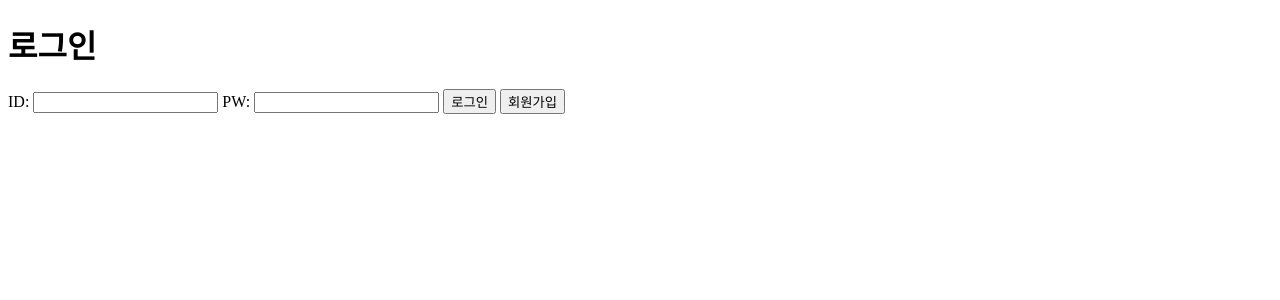
Repository: euniiee/test11
Page: http://localhost/Project/Login.jsp
The author's editor kept a copy of each file at every save. The page is drawn from the files as they stood at one save, then again after the next save.
The browser window is 1280 px wide. The pictures show the whole page.
The page is served by Tomcat 9. Other server files are loaded and not shown.

Above is the page before, as saved 2023-02-01 01:01:55.

### Project/WebContent/Login.jsp
<%@ page language="java" contentType="text/html; charset=UTF-8"
    pageEncoding="UTF-8"%>
<!DOCTYPE html>
<html>
<head>
<meta charset="UTF-8">
<title>Insert title here</title>
<script src="https://code.jquery.com/jquery-3.6.3.js" integrity="sha256-nQLuAZGRRcILA+6dMBOvcRh5Pe310sBpanc6+QBmyVM=" crossorigin="anonymous"></script>
<style>

</style>
</head>
<body>
	<h1>로그인</h1>
	ID: <input type="text" class="id" name="id">
	PW: <input type="password" class="pw" name="pw">
	<input type="button" value="로그인">
	<input type="button" value="회원가입">
</body>
</html>

After the next save:
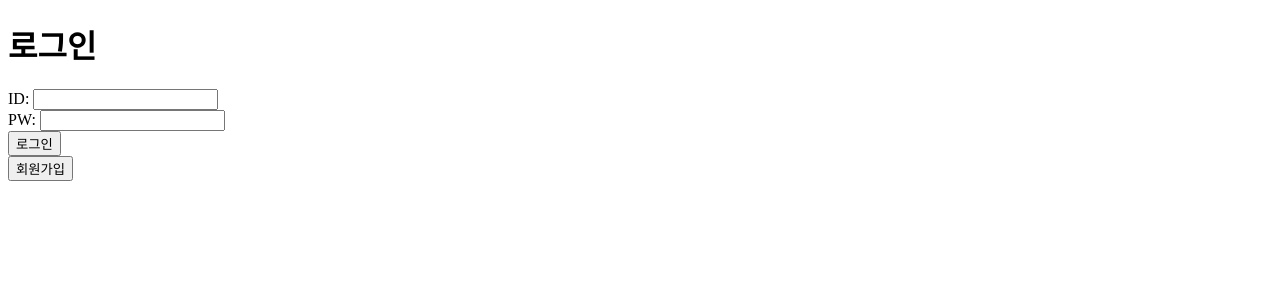
Saved 26 s later.
--- a/Project/WebContent/Login.jsp
+++ b/Project/WebContent/Login.jsp
@@ -12,9 +12,9 @@
 </head>
 <body>
 	<h1>로그인</h1>
-	ID: <input type="text" class="id" name="id">
-	PW: <input type="password" class="pw" name="pw">
-	<input type="button" value="로그인">
-	<input type="button" value="회원가입">
+	ID: <input type="text" class="id" name="id"><br/>
+	PW: <input type="password" class="pw" name="pw"><br/>
+	<input type="button" value="로그인"><br/>
+	<input type="button" value="회원가입"><br/>
 </body>
 </html>
